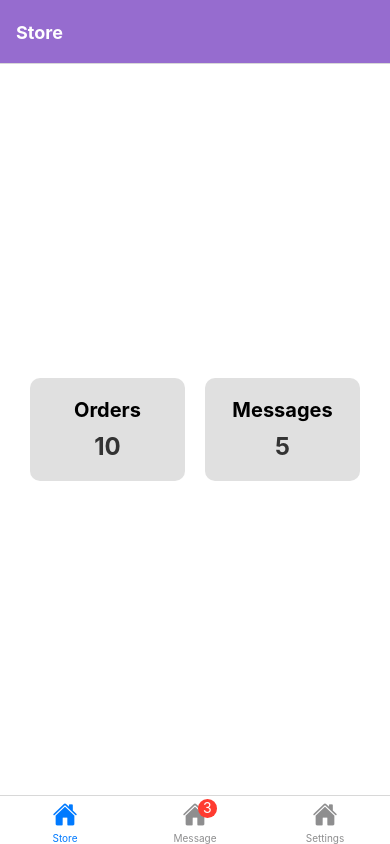
Repository: Waikato153/AwesomeProject
Screen: /
These files come from the project's save history. The screen is drawn as it stood at one moment and after the next save; the edit follows.
The app was drawn by React Native's web renderer in a window 390 px wide. The project was rebuilt for these pictures with package versions that can differ from the ones it lists, and the page was loaded fresh each time.

Above is the screen before, as saved 2024-02-28 17:12:00.

### App.js
import * as React from 'react';
import { Text, View, StyleSheet} from 'react-native';
import { NavigationContainer } from '@react-navigation/native';
import { createBottomTabNavigator } from '@react-navigation/bottom-tabs';
import { Ionicons } from '@expo/vector-icons';

import HomeScreen from './screens/HomeScreen';

function SettingsScreen() {
  return (
    <View style={{ flex: 1, justifyContent: 'center', alignItems: 'center' }}>
      <Text>Settings!</Text>
    </View>
  );
}


const styles = StyleSheet.create({
  container: {
    flex: 1,
    justifyContent: 'center',
    backgroundColor: 'white',
    alignItems: 'center',
    padding: 8,
  },
  paragraph: {
    margin: 24,
    fontSize: 18,
    fontWeight: 'bold',
    textAlign: 'center',
  },
});

const Tab = createBottomTabNavigator();

function MyTabs() {
  return (

    <Tab.Navigator
      screenOptions={{
        tabBarIcon: ({ color, size }) => (
          <Ionicons name="home" color={color} size={size} />
        ),
        headerStyle: {
          backgroundColor: '#966ccf',
        },
        headerTintColor: '#fff',
        headerTitleStyle: {
          fontWeight: 'bold',
        },
      }}
    >
      <Tab.Screen
        name="Store"
        component={HomeScreen}

      />
      <Tab.Screen
        name="Message"
        component={SettingsScreen}
        options={{
          tabBarBadge: 3
        }}
      />
      <Tab.Screen
        name="Settings"
        component={SettingsScreen}
      />
    </Tab.Navigator>
  );
}

export default function App() {
  return (
    <NavigationContainer>
      <MyTabs />
    </NavigationContainer>
  );
}

### screens/HomeScreen.js
import React from 'react';
import { View, Text, StyleSheet } from 'react-native';

const HomeScreen = () => {
  return (
    <View style={styles.container}>
      <View style={styles.block}>
        <Text style={styles.title}>Orders</Text>
        <Text style={styles.count}>10</Text>
      </View>
      <View style={styles.block}>
        <Text style={styles.title}>Messages</Text>
        <Text style={styles.count}>5</Text>
      </View>
    </View>
  );
};



const styles = StyleSheet.create({
  container: {
    flex: 1,
    flexDirection: 'row',
    justifyContent: 'space-around',
    alignItems: 'center',
    backgroundColor: '#ffffff',
    padding: 20,
  },
  block: {
    flex: 1,
    justifyContent: 'flex-start(',
    alignItems: 'center',
    backgroundColor: '#e0e0e0',
    borderRadius: 10,
    padding: 20,
    margin: 10,
  },
  title: {
    fontSize: 20,
    fontWeight: 'bold',
    marginBottom: 10,
  },
  count: {
    fontSize: 24,
    fontWeight: 'bold',
    color: '#333333',
  },
});



export default HomeScreen;

After the next save:
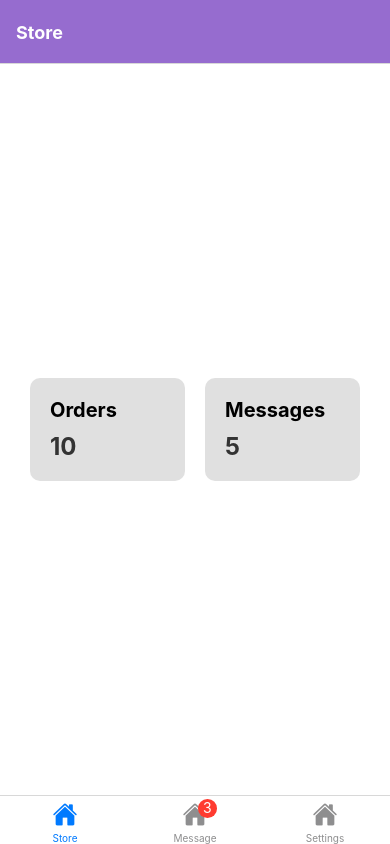
Saved 94 s later.
--- a/screens/HomeScreen.js
+++ b/screens/HomeScreen.js
@@ -30,7 +30,7 @@ const styles = StyleSheet.create({
   block: {
     flex: 1,
     justifyContent: 'flex-start(',
-    alignItems: 'center',
+    alignItems: 'baseline',
     backgroundColor: '#e0e0e0',
     borderRadius: 10,
     padding: 20,

After the 2 saves that followed:
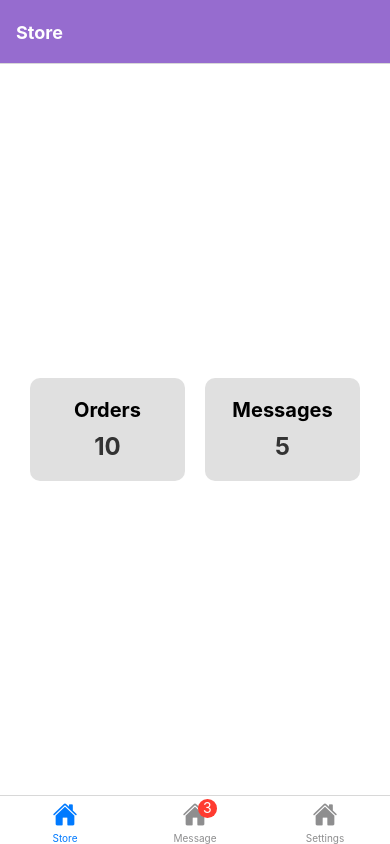
The 2 saves are shown as one change because 1 left the picture as it was.
The last was saved 2 min 6 s later.
--- a/screens/HomeScreen.js
+++ b/screens/HomeScreen.js
@@ -29,8 +29,8 @@ const styles = StyleSheet.create({
   },
   block: {
     flex: 1,
-    justifyContent: 'flex-start(',
-    alignItems: 'baseline',
+    justifyContent: 'center',
+    alignItems: 'center',
     backgroundColor: '#e0e0e0',
     borderRadius: 10,
     padding: 20,
